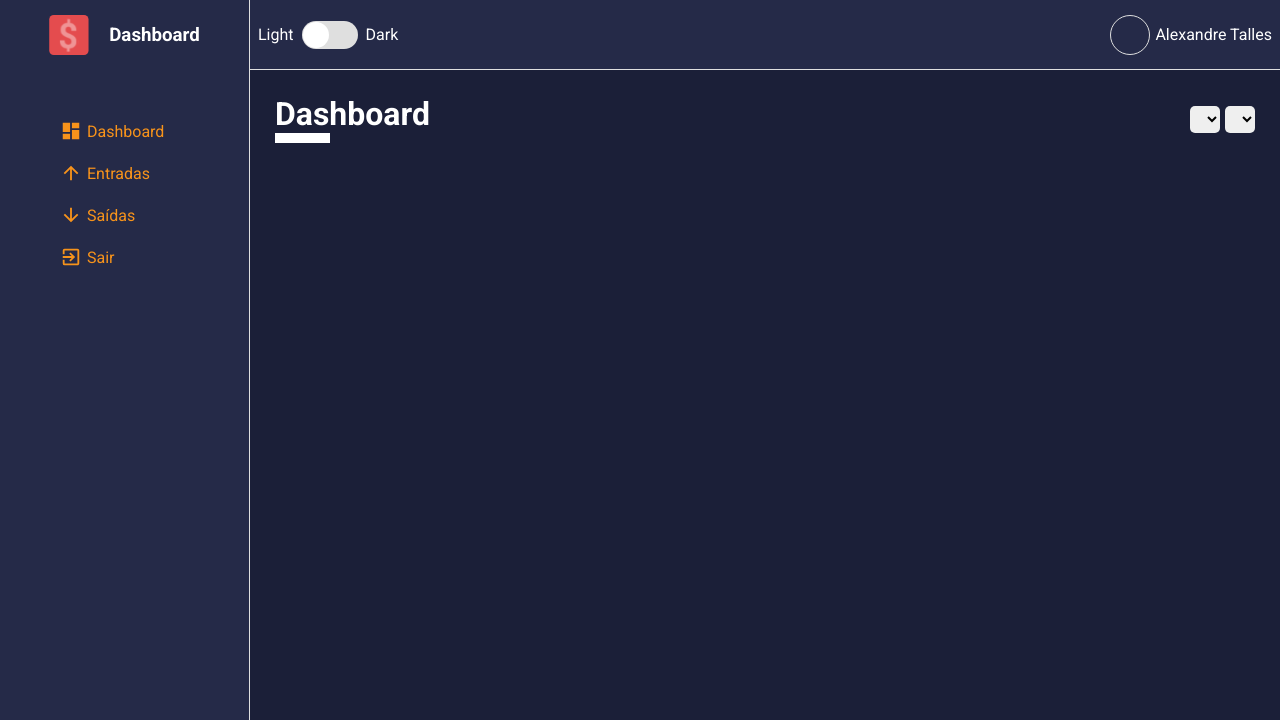
Repository: XFERRER7/dashboard
Page: /dashboard
An editor plug-in stored every save of this project. The page is shown before and after the next save, followed by the edit.
The browser window is 1280 px wide. The pictures show the whole page.
The project was rebuilt for these pictures with package versions that can differ from the ones it lists, and the page was loaded fresh each time. Also part of the build but not shown: vite.config.ts, src/components/CardFinance/Styles.ts, src/components/CardFinance/index.tsx, src/pages/List/styles.ts, src/utils/FormatCourrency.ts, src/utils/FormatDate.ts, src/pages/List/index.tsx. Imported but missing from the stored project, and not drawn on this page: src/repositories/expenses, src/repositories/gains.

Above is the page before, as saved 2022-07-21 22:21:26.

### index.html
<!DOCTYPE html>
<html lang="pt-br">

<head>
  <meta charset="UTF-8" />
  <meta name="viewport" content="width=device-width, initial-scale=1.0" />
  <link rel="shortcut icon" href="src/assets/Logo.svg" type="image/x-icon">
  <link rel="preconnect" href="https://fonts.googleapis.com">
  <link rel="preconnect" href="https://fonts.gstatic.com" crossorigin>
  <link href="https://fonts.googleapis.com/css2?family=Roboto:wght@400;500;700&display=swap" rel="stylesheet">
  <title>Dashboard</title>
</head>

<body>
  <div id="root"></div>
  <script type="module" src="/src/main.tsx"></script>
</body>

</html>

### src/main.tsx
import React from 'react'
import ReactDOM from 'react-dom/client'
import {App} from './App'

ReactDOM.createRoot(document.getElementById('root')!).render(
  <React.StrictMode>
    <App />
  </React.StrictMode>
)

### src/App.tsx
import Global from "./styles/Global"
import { ThemeProvider } from 'styled-components'
import dark from './styles/Themes/dark'
import light from './styles/Themes/light'
import { Routes } from './routes'

export const App = () => {
  return (
    <div>
      <ThemeProvider theme={dark}>
        <Global />
        <Routes/>
      </ThemeProvider>
    </div>
  )
}

### src/styles/Global.ts
import { createGlobalStyle } from 'styled-components'

export default createGlobalStyle`

  * {
    margin: 0;
    padding: 0;
    box-sizing: border-box;
  }

  html, body, #root {
    height: 100%;
  }

  *, button, input {
    border: 0;
    outline: 0;
    font-family: 'Roboto', sans-serif;
  }

  button {
    cursor: pointer;
  }

`;

### src/styles/Themes/dark.ts
export default {
  title: 'dark',

  colors: {
    primary: '#1B1F38',
    secondary: '#252A48',
    tertiary: '##313862',

    white: '#fff',
    black: '#000',
    gray: '#dfdfdf',

    sucess: '#4E41F0',
    info: '#F7931B',
    warning: '#E44C4E'


  }
}

### src/routes/index.tsx
import React from 'react'
import { BrowserRouter } from 'react-router-dom'
import { AppRoutes } from './app.routes'

export const Routes = () => {
  return (
    <BrowserRouter>
      <AppRoutes/>
    </BrowserRouter>
  )

}

### src/routes/app.routes.tsx
import { Route, Routes } from 'react-router-dom'
import { Layout } from '../components/Layout'
import { Dashboard } from '../pages/Dashboard'
import { List } from '../pages/List'

export const AppRoutes = () => {

  return (
    <Layout>
      <Routes>
        <Route path='dashboard' element={<Dashboard />} />
        <Route path='list/:type' element={<List />} />
      </Routes>
    </Layout>
  )


}

### src/components/Layout/index.tsx
import { Container } from './Styles'
import { MainHeader } from '../MainHeader'
import { Content } from '../Content'
import { Aside } from '../Aside'
import { ReactNode } from 'react';

interface BaseLayoutProps {
  children?: ReactNode;
}


export const Layout = ({ children }: BaseLayoutProps) => {
  return (
    <Container>
      <MainHeader />
      <Aside />
      <Content>
        {children}
      </Content>
    </Container>
  )
}

### src/pages/Dashboard/index.tsx
import React from 'react'
import { Container } from './styles'
import { HeaderContent } from '../../MiniComponents/headerContent'
import { Select } from '../../MiniComponents/select'

export const Dashboard = () => {

  const options = [
    {
      value: 'Janeiro',
      label: 'Janeiro'
    },
    {
      value: 'Fevereiro',
      label: 'Fevereiro'
    },
    {
      value: 'Março',
      label: 'Março'
    }

  ]

  const optionYear = [
    {
      value: '2022',
      label: '2022'
    },
    {
      value: '2021',
      label: '2021'
    },
    {
      value: '2020',
      label: '2020'
    }

  ]

  return (
    <Container>
      <HeaderContent titulo={'Dashboard'} lineColor={'#fff'}>
        <Select option={options}/>
        <Select option={optionYear}/>
      </HeaderContent>
    </Container>
  )
}

### src/components/Layout/Styles.ts
import styled from "styled-components"

export const Container = styled.div`
  display: grid;
  grid-template-columns: 250px auto;
  grid-template-rows: 70px auto;

  grid-template-areas:
  'AS MH'
  'AS CT';
  height: 100vh;

`

### src/components/MainHeader/index.tsx

import { Toggle } from '../../MiniComponents/Toggle'
import {
  Container,
  Profile,
  UserName,
  ImgUser
}
  from './Styles'


export const MainHeader = () => {

  return (
    <Container>
      <Toggle/>

      <Profile>
        <ImgUser/>
        <UserName>Alexandre Talles</UserName>

      </Profile>
    </Container>
  )
}

### src/components/Content/index.tsx
import { ReactNode } from 'react';
import { Container } from './Styles'

interface BaseLayoutProps {
  children?: ReactNode;
}

export const Content = ({ children }: BaseLayoutProps) => {
  return (
    <Container>
      {children}
    </Container>
  )
}

### src/components/Aside/index.tsx
import {
  Container,
  Header,
  Title,
  ImgLogo,
  Menu,
  ItemMenu
} from './Styles'
import logo from '../../assets/Logo.svg'
import {
  MdDashboard,
  MdArrowDownward,
  MdArrowUpward,
  MdExitToApp
} from 'react-icons/md'

export const Aside = () => {
  return (
    <Container>
      <Header>
        <ImgLogo src={logo} alt="Logo dashboard" />
        <Title>Dashboard</Title>
      </Header>
      <Menu>
        <ItemMenu href="/dashboard">
          <MdDashboard />
          Dashboard
        </ItemMenu>
        <ItemMenu href="/list/entry-balance">
          <MdArrowUpward />
          Entradas
        </ItemMenu>
        <ItemMenu href="/list/exit-balance">
          <MdArrowDownward />
          Saídas
        </ItemMenu>
        <ItemMenu href="#">
          <MdExitToApp />
          Sair
        </ItemMenu>
      </Menu>
    </Container>
  )
}

### src/pages/Dashboard/styles.ts
import styled from "styled-components";

export const Container = styled.div`

`

### src/MiniComponents/headerContent/index.tsx
import {
  Container,
  TitleContainer,
  Controller
} from './styles'

import { Select } from '../../MiniComponents/select'

interface IHeaderContentProps {
  titulo: string;
  lineColor: string;
  children: React.ReactNode;
}

export const HeaderContent = ({titulo, lineColor, children}: IHeaderContentProps) => {


  return (
    <Container>
      <TitleContainer lineColor={lineColor}>
        <h1>{titulo}</h1>
      </TitleContainer>
      <Controller>
        {children}
      </Controller>
    </Container>
  )
}

### src/MiniComponents/select/index.tsx
import React, { FC } from 'react'
import { Container } from './styles'

interface IselectProps {
  option: {
    value: string | number;
    label: string | number;
  }[],
  onChange(event: React.ChangeEvent<HTMLSelectElement>): void | undefined;
}

export const Select = ({option, onChange}: IselectProps) => {
  return (

    <Container>
      <select onChange={onChange}>
        {
          option.filter(option => console.log(option)).map(option => <option key={option.value} value={option.value}>{option.label}</option>)
        }
      </select>
    </Container>
  )
}

### src/MiniComponents/Toggle/index.tsx
import React, { useState } from 'react'
import { Container, ToggleLabel, ToggleSelector } from './styles'


export const Toggle = () => {

  const [on, setOn] = useState(false);

  return (
    <Container>
      <ToggleLabel>
        Light
      </ToggleLabel>
      <ToggleSelector
        checked={on }
        uncheckedIcon={false}
        checkedIcon={false}
        onChange={() => setOn(!on)}
      />
      <ToggleLabel>
        Dark
      </ToggleLabel>
    </Container>
  )
}

### src/components/MainHeader/Styles.ts
import styled from "styled-components"

export const Container = styled.div`
  grid-area: MH;
  color: ${props => props.theme.colors.white};
  background-color: ${props => props.theme.colors.secondary};
  display: flex;
  justify-content: space-between;
  align-items: center;
  padding: 8px;
  border-bottom: 1px solid ${props => props.theme.colors.gray};
`

export const Profile = styled.div`
  display: flex;
  align-items: center;
  justify-content: center;
  gap: 5px;
`

export const UserName = styled.div`

`

export const ImgUser = styled.div`
  height: 40px;
  width: 40px;
  border-radius: 50%;
  border: 1px solid ${props => props.theme.colors.gray};
`

### src/components/Content/Styles.ts
import styled from "styled-components"

export const Container = styled.div`
  grid-area: CT;
  color: ${props => props.theme.colors.white};
  background-color: ${props => props.theme.colors.primary};
  padding: 25px;
  height: calc(100vh - 70px);
  overflow-y: scroll;

  ::-webkit-scrollbar {
    width: 10px;
  }

  ::-webkit-scrollbar-thumb {
    background-color: ${props => props.theme.colors.secondary};
  }

  ::-webkit-scrollbar-track {
    background-color: ${props => props.theme.colors.tertiary};
  }
`

### src/components/Aside/Styles.ts
import styled from "styled-components"

export const Container = styled.div`
  grid-area: AS;
  color: ${props => props.theme.colors.white};
  background-color: ${props => props.theme.colors.secondary};
  border-right: 1px solid ${props => props.theme.colors.gray};
`

export const Header = styled.div`
  height: 70px;
  display: flex;
  align-items: center;
  justify-content: center;
  gap: 20px;
`
export const Title = styled.h3`

`
export const ImgLogo = styled.img`
  height: 40px;
  width: 40px;
`
export const Menu = styled.nav`
  display: flex;
  flex-direction: column;
  justify-content: center;
  gap: 20px;
  margin-top: 50px;
  margin-left: 60px;
`
export const ItemMenu = styled.a`
  text-decoration: none;
  color: ${props => props.theme.colors.info};
  transition: 0.1s all ease;
  display: flex;
  align-items: center;
  gap: 5px;


  &:hover {
    opacity: .8;
  }

  > svg {
    font-size: 22px;
  }
`

### src/MiniComponents/headerContent/styles.ts
import styled from "styled-components";

interface ItitleContainerProps {
  lineColor: string;
}


export const Container = styled.div`
  display: flex;
  justify-content: space-between;
`

export const TitleContainer = styled.div<ItitleContainerProps>`


  > h1 {

    color: ${props => props.theme.colors.white};
    &::after {
    content: '';
    display: block;
    width: 55px;
    border-bottom: 10px solid ${props => props.lineColor};
  }
  }

`
export const Controller = styled.div`
  display: flex;
  gap: 5px;
  align-items: center;
`

### src/MiniComponents/select/styles.ts
import styled from "styled-components";

export const Container = styled.div`

  > select {
    padding: 5px;
    border-radius: 5px;
  }
`

### src/MiniComponents/Toggle/styles.ts
import styled from "styled-components";
import Switch, { ReactSwitchProps } from 'react-switch'

export const Container = styled.div`
  display: flex;
  align-items: center;
`

export const ToggleLabel = styled.span`
  color: ${props => props.theme.colors.white};

`

export const ToggleSelector = styled(Switch).attrs<ReactSwitchProps>(
  ({ theme }) => ({
    onColor: theme.colors.primary,
    offColor: theme.colors.gray
  })) <ReactSwitchProps>`
  margin: 0 8px;

`;

After the next save:
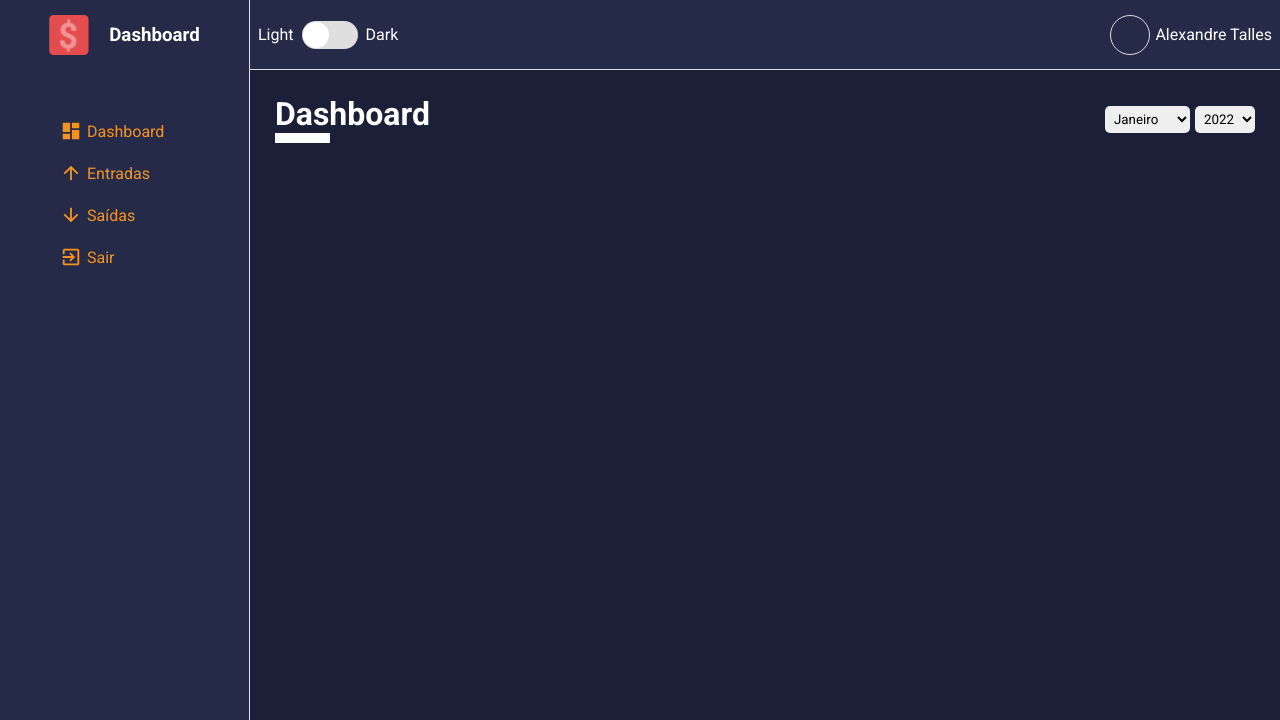
Saved 2 min 26 s later.
--- a/src/MiniComponents/select/index.tsx
+++ b/src/MiniComponents/select/index.tsx
@@ -15,7 +15,7 @@ export const Select = ({option, onChange}: IselectProps) => {
     <Container>
       <select onChange={onChange}>
         {
-          option.filter(option => console.log(option)).map(option => <option key={option.value} value={option.value}>{option.label}</option>)
+          option.map(option => <option key={option.value} value={option.value}>{option.label}</option>)
         }
       </select>
     </Container>
